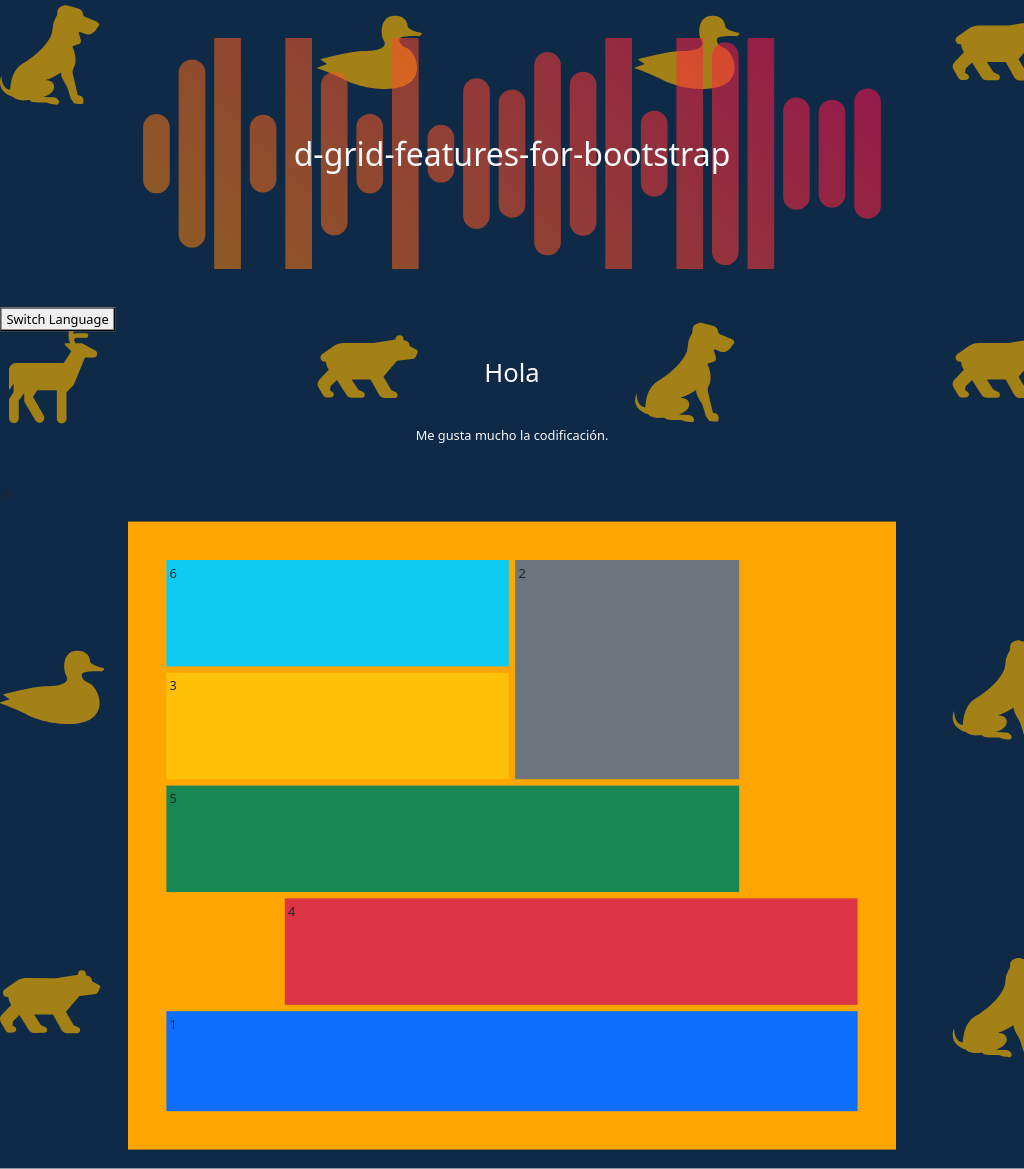
Repository: LynxPardelle/d-grid-features-for-bootstrap
Page: index.html
An editor plug-in stored every save of this project. The page is shown before and after the next save, followed by the edit.
The browser window is 1280 px wide. The pictures show the whole page, at 80% of full size.

Above is the page before, as saved 2021-10-20 23:39:52.

### index.html
<!DOCTYPE html>
<html lang="es">
  <head>
    <meta charset="UTF-8" />
    <meta http-equiv="X-UA-Compatible" content="IE=edge" />
    <meta name="viewport" content="width=device-width, initial-scale=1.0" />
    <meta name="author" content="Lynx Pardelle" />
    <title>d-grid-features-for-bootstrap</title>
    <link
      href="https://cdn.jsdelivr.net/npm/bootstrap@5.1.3/dist/css/bootstrap.min.css"
      rel="stylesheet"
      integrity="sha384-1BmE4kWBq78iYhFldvKuhfTAU6auU8tT94WrHftjDbrCEXSU1oBoqyl2QvZ6jIW3"
      crossorigin="anonymous"
    />
    <style>
      body {
        background-image: url("data:[embedded picture, 9376 characters]");
        background-size: cover;
        background-repeat: repeat;
        background-position: left top;
      }

      h1 {
        background-image: url("data:[embedded picture, 2297 characters]");
        background-size: cover;
        background-repeat: no-repeat;
        background-position: center center;
        padding: 7.5rem;
      }
    </style>
  </head>
  <body>
    <h1 class="text-center text-light my-5">d-grid-features-for-bootstrap</h1>

    <button id="switch-lang">Switch Language</button>

    <h2 class="text-center text-light p-3 m-3"><span data-lang="en">Hello</span> <span data-lang="es">Hola</span></h2>

    <div class="text-center text-light p-3 m-3">
      <p data-lang="en">I really enjoy coding.</p>
      <p data-lang="es">Me gusta mucho la codificación.</p>
    </div>p>
    </div>

    <!-- <section class="d-grid bg-dark" data-gfbs data-gfbs-gtc="repeat(4, 1fr)" data-gfbs-gtr="repeat(2, 50px)" > -->
    <!-- <section class="d-grid bg-dark" data-gfbs data-gfbs-gta='"f f b c c a"" f f d e e a"'> -->
    <section
      class="d-grid w-75 mx-auto my-4"
      data-gfbs
      data-gfbs-custom="background-color: black; padding: 1rem;"
      data-gfbs-custom-sm="background-color: pink; padding: 2rem;"
      data-gfbs-custom-md="background-color: orange; padding: 3rem;"
      data-gfbs-gt='
      [row1-start] "a a b ." 12.5px [row1-end]
      [row2-start] "a a b ." 12.5px [row2-end]
      [row3-start] "c c b d" 12.5px [row3-end]
      [row4-start] "c c b d" 12.5px [row4-end]
      [row5-start] "e e e d" 12.5px [row5-end]
      [row6-start] "e e e d" 12.5px [row6-end]
      [row7-start] ". f f f" 12.5px [row7-end]
      [row8-start] ". f f f" 12.5px [row8-end]
      [row9-start] "g g g g" 25px [row9-end]
      / 2fr 1fr 1fr 3fr'
      data-gfbs-gt-sm='
      [row1-start] "a b b ." 25px [row1-end]
      [row2-start] "a b b ." 25px [row2-end]
      [row3-start] "c c c ." 25px [row3-end]
      [row4-start] "c c c ." 25px [row4-end]
      [row5-start] "e e d d" 25px [row5-end]
      [row6-start] "e e d d" 25px [row6-end]
      [row7-start] ". f f ." 25px [row7-end]
      [row8-start] ". f f ." 25px [row8-end]
      [row9-start] "g g g g" 50px [row9-end]
      / 1fr 2fr 2fr 1fr'
      data-gfbs-gt-md='
      [row1-start] "a a a b" 37.5px [row1-end]
      [row2-start] "a a a b" 37.5px [row2-end]
      [row3-start] "c c d d" 37.5px [row3-end]
      [row4-start] "c c d d" 37.5px [row4-end]
      [row5-start] "e e d d" 37.5px [row5-end]
      [row6-start] "e e d d" 37.5px [row6-end]
      [row7-start] "f f f f" 37.5px [row7-end]
      [row8-start] "g g g g" 37.5px [row8-end]
      [row9-start] "g g g g" 75px [row9-end]
      / 1fr 2fr 2fr 1fr'
      data-gfbs-gt-lg='
      [row1-start] "a a b ." 50px [row1-end]
      [row2-start] "a a b ." 50px [row2-end]
      [row3-start] "c c b d" 50px [row3-end]
      [row4-start] "c c b d" 50px [row4-end]
      [row5-start] "e e e d" 50px [row5-end]
      [row6-start] "e e e d" 50px [row6-end]
      [row7-start] ". f f f" 50px [row7-end]
      [row8-start] ". f f f" 50px [row8-end]
      [row9-start] "g g g g" 100px [row9-end]
      / 1fr 2fr 2fr 1fr'
      data-gfbs-gt-xl='
      [row1-start] "a a b ." 62.5px [row1-end]
      [row2-start] "a a b ." 62.5px [row2-end]
      [row3-start] "c c b d" 62.5px [row3-end]
      [row4-start] "c c b d" 62.5px [row4-end]
      [row5-start] "e e e d" 62.5px [row5-end]
      [row6-start] "e e e d" 62.5px [row6-end]
      [row7-start] ". f f f" 62.5px [row7-end]
      [row8-start] ". f f f" 62.5px [row8-end]
      [row9-start] "g g g g" 125px [row9-end]
      / 1fr 2fr 2fr 1fr'
      data-gfbs-gt-xxl='
      [row1-start] "a a b ." 87.5px [row1-end]
      [row2-start] "a a b ." 87.5px [row2-end]
      [row3-start] "c c b d" 87.5px [row3-end]
      [row4-start] "c c b d" 87.5px [row4-end]
      [row5-start] "e e e d" 87.5px [row5-end]
      [row6-start] "e e e d" 87.5px [row6-end]
      [row7-start] ". f f f" 87.5px [row7-end]
      [row8-start] ". f f f" 87.5px [row8-end]
      [row9-start] "g g g g" 150px [row9-end]
      / 1fr 2fr 2fr 1fr'
      data-gfbs-gap="0.5rem"
    >
      <!-- data-gfbs-cg="1rem"
      data-gfbs-rg="1rem" -->
      <div
        data-gfbs
        data-gfbs-iga="a"
        data-gfbs-iga-sm="g"
        class="bg-primary p-1"
      >
        1
      </div>

      <div data-gfbs data-gfbs-iga="b" class="bg-secondary p-1">2</div>
      <div data-gfbs data-gfbs-iga="c" class="bg-warning p-1">3</div>
      <div
        data-gfbs
        data-gfbs-iga="d"
        data-gfbs-iga-lg="f"
        class="bg-danger p-1"
      >
        4
      </div>
      <div data-gfbs data-gfbs-iga="e" class="bg-success p-1">5</div>
      <div data-gfbs data-gfbs-iga="f" data-gfbs-iga-md="a" class="bg-info p-1">
        6
      </div>
    </section>

    <script
      src="https://cdn.jsdelivr.net/npm/bootstrap@5.1.3/dist/js/bootstrap.bundle.min.js"
      integrity="sha384-ka7Sk0Gln4gmtz2MlQnikT1wXgYsOg+OMhuP+IlRH9sENBO0LRn5q+8nbTov4+1p"
      crossorigin="anonymous"
    ></script>
    <script src="./d-grid.js"></script>
    <script src="./langChanger.js"></script>
  </body>
</html>

### d-grid.js
"use strict";

function gridCreate(){
  let wWidth = window.innerWidth;
  let gridElements = document.querySelectorAll("[data-gfbs]");

  function checkIfHasBP(gridElement, atr) {
    let hasIt = false;
    for (let attribute of gridElement.attributes) {
      let at = attribute.localName;
      if (at.includes(atr)) {
        switch (true) {
          case at.includes("-sm") && wWidth >= 576 && wWidth < 768:
            hasIt = true;
            break;
          case at.includes("-md") && wWidth >= 768 && wWidth < 992:
            hasIt = true;
            break;
          case at.includes("-lg") && wWidth >= 992 && wWidth < 1200:
            hasIt = true;
            break;
          case at.includes("-xl") && wWidth >= 1200 && wWidth < 1400:
            hasIt = true;
            break;
          case at.includes("-xxl") && wWidth >= 1400:
            hasIt = true;
            break;
        }
      }
    }

    return hasIt;
  }

  for (let gridElement of gridElements) {
    for (let attribute of gridElement.attributes) {
      let at = attribute.localName;
      let attValue = attribute.value;

      if (
        at.includes("gfbs-") &&
        ((!at.includes("-sm") &&
          !at.includes("-md") &&
          !at.includes("-lg") &&
          !at.includes("-xl") &&
          !at.includes("-xxl") &&
          !checkIfHasBP(gridElement, at)) ||
          (at.includes("-sm") &&
            wWidth >= 576 &&
            (!at.includes("-md") || (at.includes("-md") && wWidth < 768)) &&
            (!at.includes("-lg") || (at.includes("-lg") && wWidth < 992)) &&
            (!at.includes("-xl") || (at.includes("-xl") && wWidth < 1200)) &&
            (!at.includes("-xll") || (at.includes("-xxl") && wWidth < 1400))) ||
          (at.includes("-md") &&
            wWidth >= 768 &&
            (!at.includes("-lg") || (at.includes("-lg") && wWidth < 992)) &&
            (!at.includes("-xl") || (at.includes("-xl") && wWidth < 1200)) &&
            (!at.includes("-xll") || (at.includes("-xxl") && wWidth < 1400))) ||
          (at.includes("-lg") &&
            wWidth >= 992 &&
            (!at.includes("-xl") || (at.includes("-xl") && wWidth < 1200)) &&
            (!at.includes("-xll") || (at.includes("-xxl") && wWidth < 1400))) ||
          (at.includes("-xl") &&
            wWidth >= 1200 &&
            (!at.includes("-xll") || (at.includes("-xxl") && wWidth < 1400))) ||
          (at.includes("-xxl") && wWidth >= 1400))
      ) {
        switch (true) {
          /* Container */
          case at.includes("custom"):
            gridElement.style.cssText += attValue;
            break;
          case at.includes("gtc"):
            gridElement.style.gridTemplateColumns = attValue;
            break;
          case at.includes("gtr"):
            gridElement.style.gridTemplateRows = attValue;
            break;
          case at.includes("gta"):
            gridElement.style.gridTemplateAreas = attValue;
            break;
          case at.includes("gt"):
            gridElement.style.gridTemplate = attValue;
            break;
          case at.includes("cg"):
            gridElement.style.columnGap = attValue;
            break;
          case at.includes("rg"):
            gridElement.style.rowGap = attValue;
            break;
          case at.includes("gap"):
            gridElement.style.gap = attValue;
            break;
          case at.includes("ji"):
            gridElement.style.justifyItems = attValue;
            break;
          case at.includes("ai"):
            gridElement.style.alignItems = attValue;
            break;
          case at.includes("pi"):
            gridElement.style.placeItems = attValue;
            break;
          case at.includes("jc"):
            gridElement.style.justifyContent = attValue;
            break;
          case at.includes("ac"):
            gridElement.style.alignContent = attValue;
            break;
          case at.includes("pc"):
            gridElement.style.placeContent = attValue;
            break;
          case at.includes("gac"):
            gridElement.style.gridAutoColumns = attValue;
            break;
          case at.includes("gar"):
            gridElement.style.gridAutoRows = attValue;
            break;
          case at.includes("gaf"):
            gridElement.style.gridAutoFlow = attValue;
            break;
          case at.includes("grid"):
            gridElement.style.grid = attValue;
            break;

          /* Item */
          case at.includes("gcs"):
            gridElement.style.gridColumnStart = attValue;
            break;
          case at.includes("gce"):
            gridElement.style.gridColumnEnd = attValue;
            break;
          case at.includes("gc"):
            gridElement.style.gridColumn = attValue;
            break;
          case at.includes("grs"):
            gridElement.style.gridRowStart = attValue;
            break;
          case at.includes("gre"):
            gridElement.style.gridRowEnd = attValue;
            break;
          case at.includes("gr"):
            gridElement.style.gridRow = attValue;
            break;
          case at.includes("iga"):
            gridElement.style.gridArea = attValue;
            break;
          case at.includes("js"):
            gridElement.style.justifySelf = attValue;
            break;
          case at.includes("as"):
            gridElement.style.alignSelf = attValue;
            break;
          case at.includes("ps"):
            gridElement.style.placeSelf = attValue;
            break;
        }
      }
    }
  }
}

window.onload = gridCreate();
window.addEventListener("resize", gridCreate);

### langChanger.js
let langEs = false;
let langEn = true;

let elementsEs = document.querySelectorAll('[data-lang="es"]');
let elementsEn = document.querySelectorAll('[data-lang="en"]');
for(let element of elementsEn){
  console.log(element);
  element.className += "d-none";
}

document.getElementById('switch-lang').addEventListener("click", SwitchLang());
function SwitchLang() {
  langEs = !langEs;
  langEn = !langEn;

  console.log(langEs);
  console.log(langEn);
  switch(true){
    case langEs === true :
    for(let element of elementsEn){
      if(!hasClass(element, 'd-none')){
        element.className += "d-none";
      }
    }
    for(let element of elementsEs){
      if(hasClass(element, 'd-none')){
        element.classList.remove("d-none");
      }
    }
    break;
    case langEn === true :
    for(let element of elementsEn){
      if(hasClass(element, 'd-none')){
        element.className += "d-none";
      }
    }
    break;
  }
};

function hasClass(element, className) {
  return (' ' + element.className + ' ').indexOf(' ' + className+ ' ') > -1;
}

After the next save:
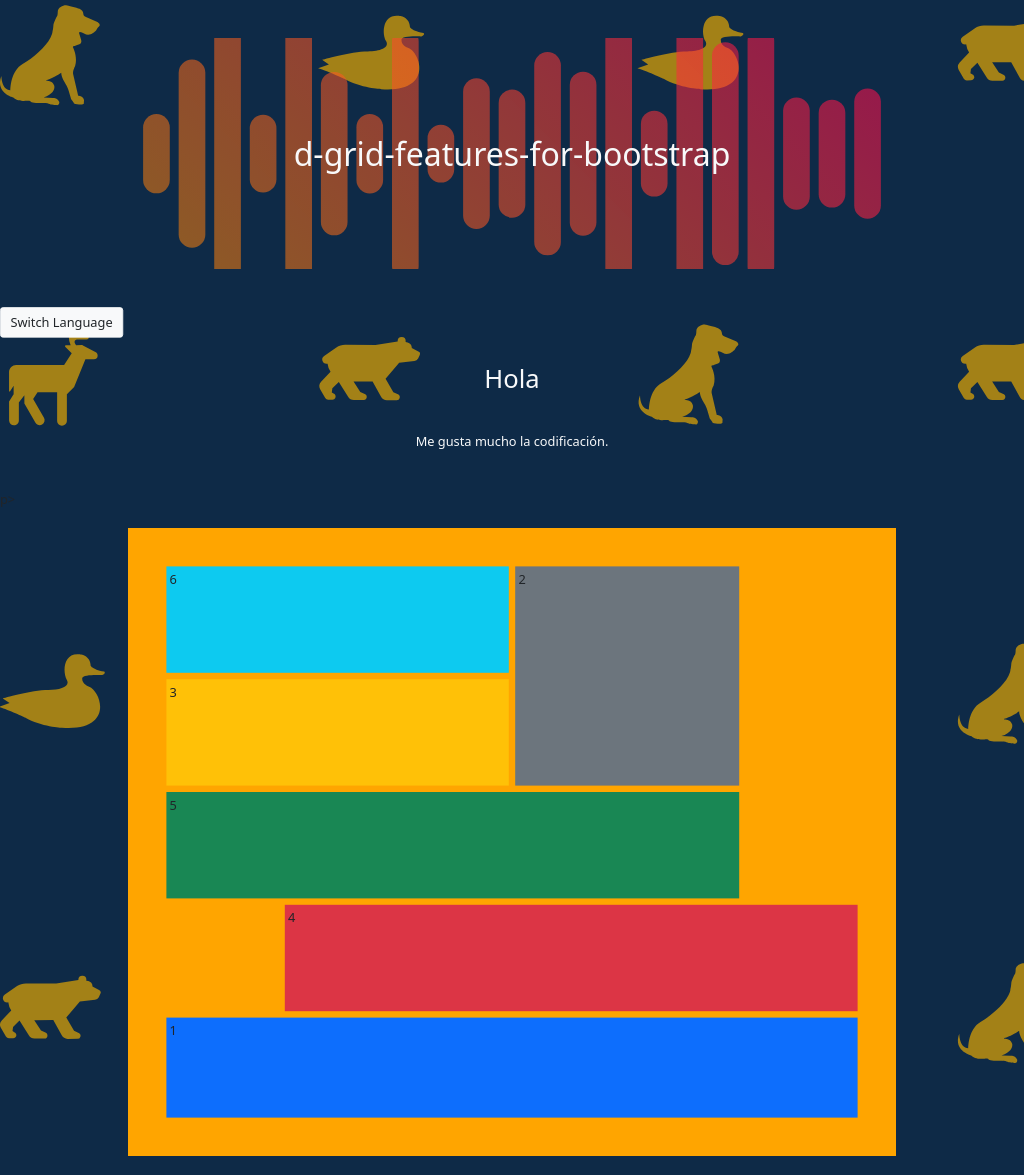
Saved 53 s later.
--- a/index.html
+++ b/index.html
@@ -32,7 +32,7 @@
   <body>
     <h1 class="text-center text-light my-5">d-grid-features-for-bootstrap</h1>
 
-    <button id="switch-lang">Switch Language</button>
+    <button id="switch-lang" class="mx-auto btn btn-light text-dark">Switch Language</button>
 
     <h2 class="text-center text-light p-3 m-3"><span data-lang="en">Hello</span> <span data-lang="es">Hola</span></h2>
 
